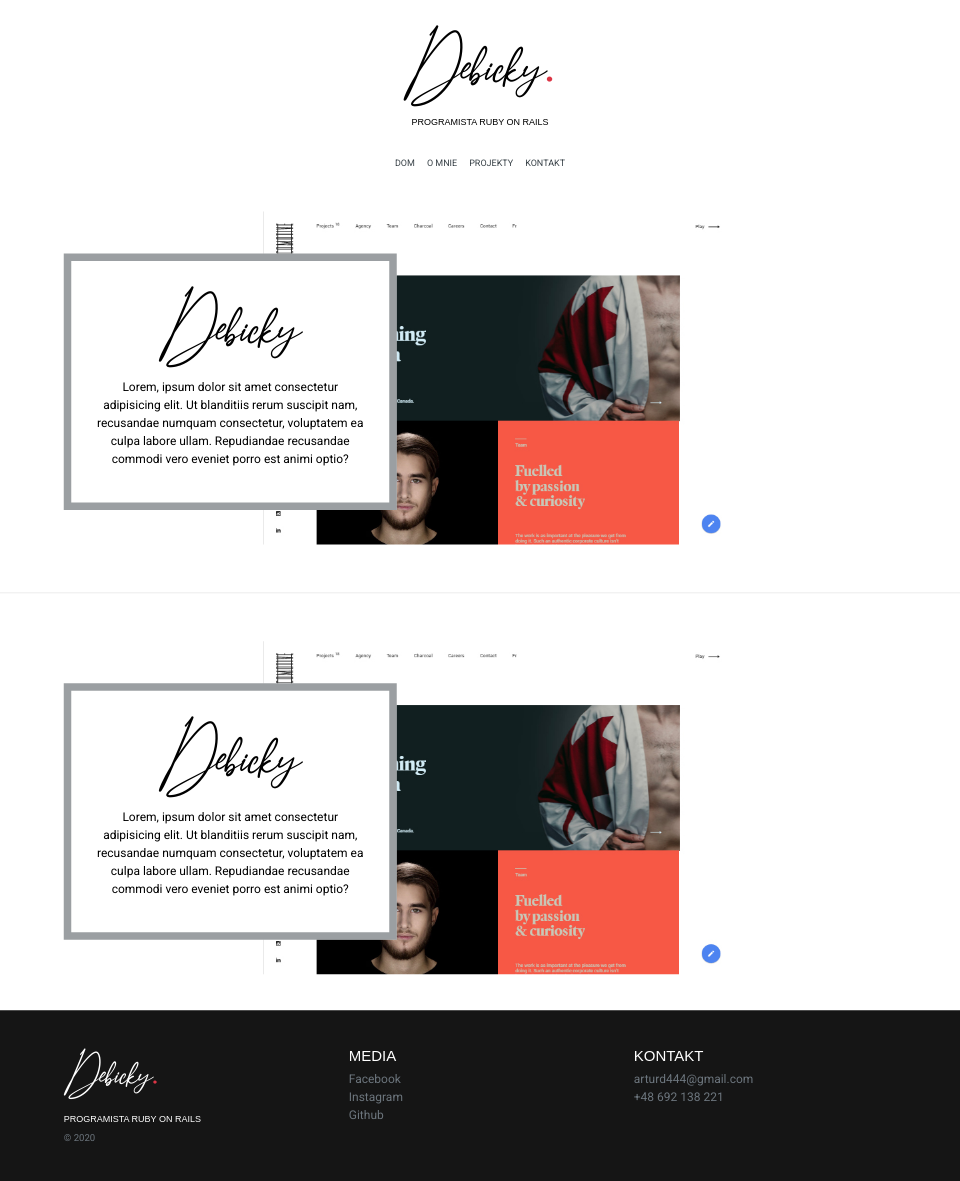
Repository: debicky/debicky.github.io
Page: index.html
An editor plug-in stored every save of this project. The page is shown before and after a run of saves, followed by the edit.
The browser window is 1280 px wide. The pictures show the whole page, at 75% of full size.
Some web fonts or font styles are not loaded; a fallback is used. Some web libraries are served in a nearby version.

Above is the page before, as saved 2020-06-10 12:23:19.

After the next 2 saves:
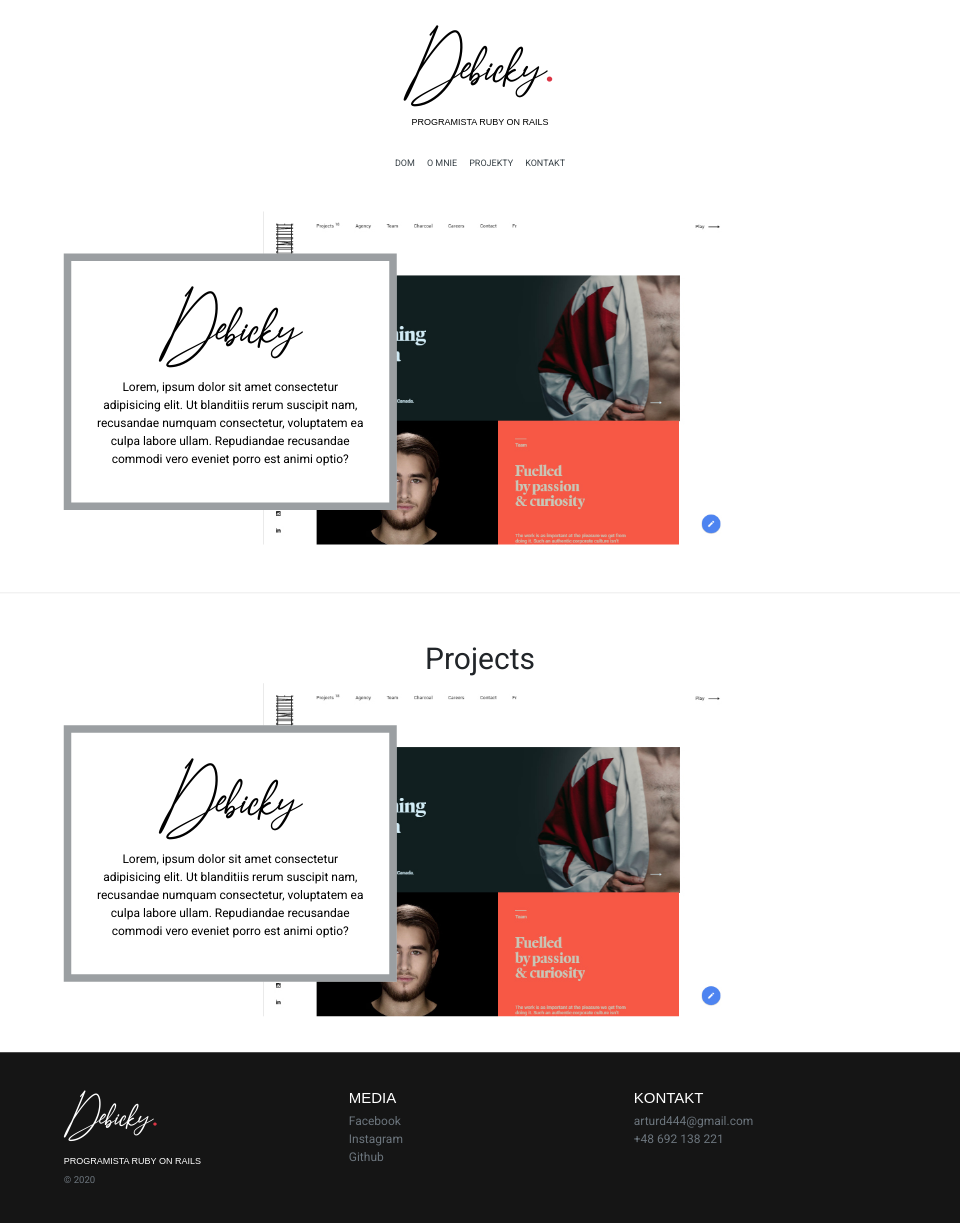
The 2 saves are shown as one change because they came seconds apart.
The last was saved 11 s later.
--- a/index.html
+++ b/index.html
@@ -68,7 +68,7 @@
 
   <section class="projects py-5">
     <div class="container">
-
+      <h1 class="text-center">Projects</h1>
 
       <div class="project-1">
         <div class="about-content">
